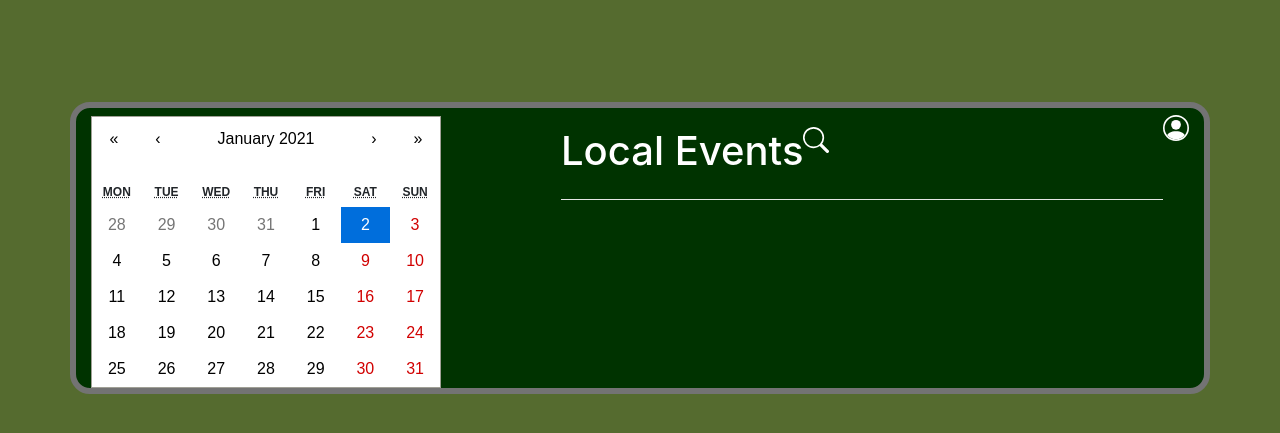
Repository: lalji-yadav/Calendar-code
Page: /
An editor plug-in stored every save of this project. The page is shown before and after the next save, followed by the edit.
The browser window is 1280 px wide. The pictures show the whole page.
The project was rebuilt for these pictures with package versions that can differ from the ones it lists, and the page was loaded fresh each time. Also part of the build but not shown: src/App.css.

Above is the page before, as saved 2021-01-03 13:57:52.

After the next save:
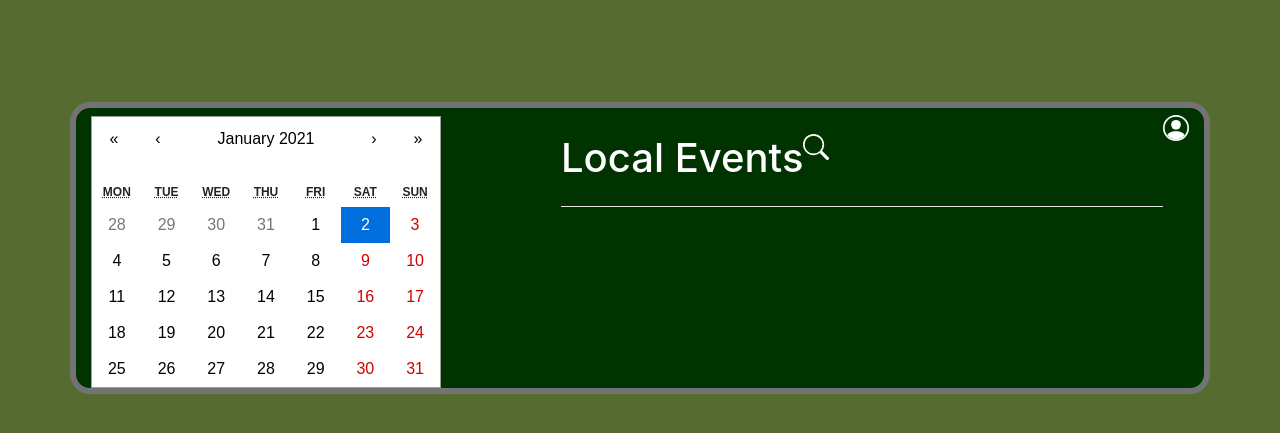
Saved 15 s later.
--- a/src/calendar/Home.js
+++ b/src/calendar/Home.js
@@ -21,7 +21,7 @@
             </svg>
             </div>
 
-            <div className="row" style={{paddingTop:"3%"}}>
+            <div className="row" style={{paddingTop:"4%"}}>
               <h1 style={{color:"white"}}>Local Events </h1>
                <svg xmlns="http://www.w3.org/2000/svg" width="26" height="26" fill="white" class="bi bi-search" viewBox="0 0 16 16">
                <path d="M11.742 10.344a6.5 6.5 0 1 0-1.397 1.398h-.001c.03.04.062.078.098.115l3.85 3.85a1 1 0 0 0 1.415-1.414l-3.85-3.85a1.007 1.007 0 0 0-.115-.1zM12 6.5a5.5 5.5 0 1 1-11 0 5.5 5.5 0 0 1 11 0z"/>
